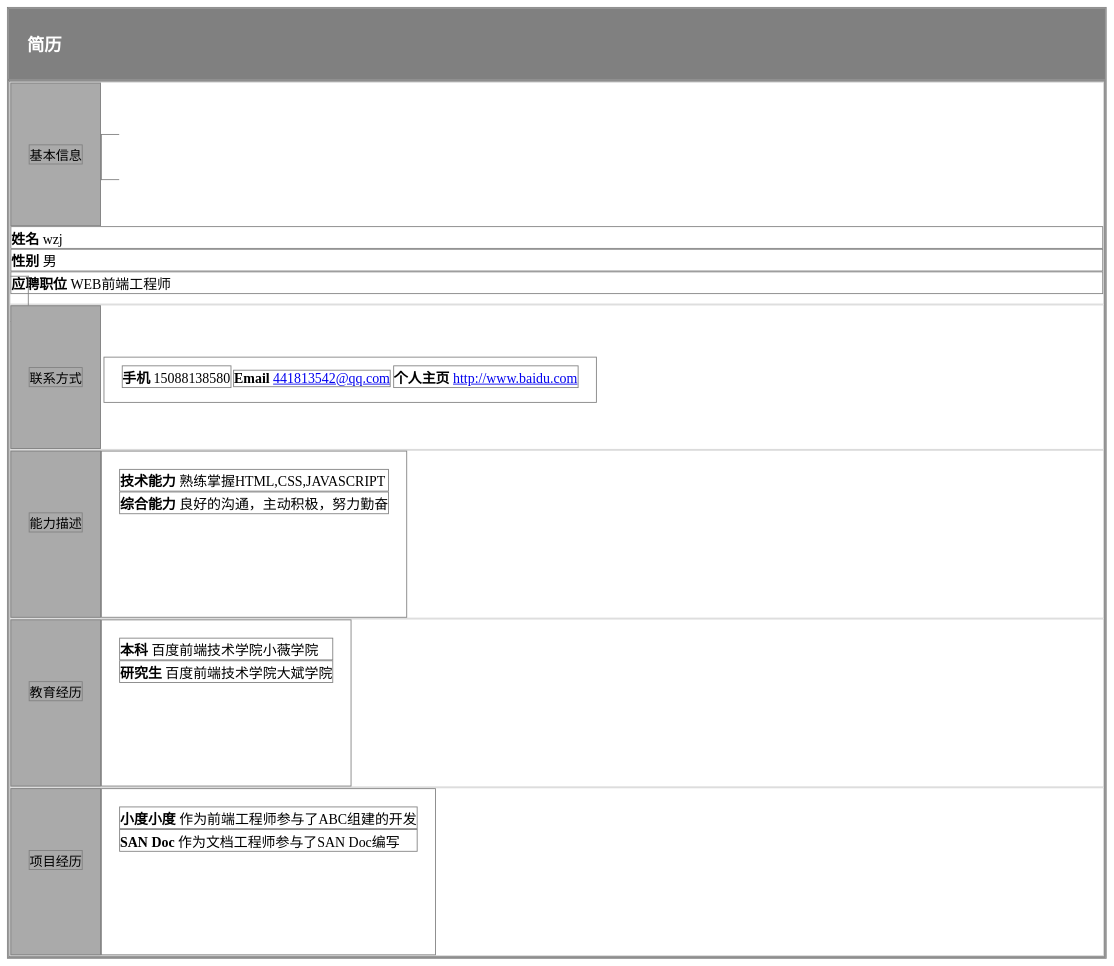
Repository: w441813542/webrecord
Page: day6_day7/jianli.html
The author's editor kept a copy of each file at every save. The page is drawn from the files as they stood at one save, then again after the next save.
The browser window is 1280 px wide. The pictures show the whole page, at 87% of full size.

Above is the page before, as saved 2021-03-09 15:23:25.

### day6_day7/jianli.html
<!DOCTYPE html>
<html>

<head>
  <!-- <link rel="stylesheet" type="text/css" href="style_1.css" /> -->
  <!-- <link rel="stylesheet" type="text/css" href="style_2.css" /> -->
  <link rel="stylesheet" type="text/css" href="style_3.css" />
</head>

<body>
  <div class="box">
    <div class="left">
      <div class="caption">简历</div>
    </div>
    <div class="right">
      <div>
        <!-- <tr>
          <th rowspan="15" class="caption" align="center" valign="top">简历</th>
        </tr> -->
        <div class="part">
          <div class="part_left">
            <div class="th">基本信息</div>
          </div>
          <div class="part_right">
            <div class="td msgtd block"><span>姓名</span> wzj</div>
            <div class="td msgtd block"><span>性别</span> 男</div>
            <div class="td msgtd block"><span>应聘职位</span> WEB前端工程师</div>
          </div>
        </div>
        <div class="part">
          <div class="part_left">
            <div class="th">联系方式</div>
          </div>
          <div class="part_right">
            <div class="td"><span>手机</span> 15088138580</div>
            <div class="td"><span>Email</span> <a href="mailto:441813542@qq.com">441813542@qq.com</a></div>
            <div class="td"><span>个人主页</span> <a href="http://www.baidu.com">http://www.baidu.com</a></div>
          </div>
        </div>
        <div class="part flex">
          <div class="part_left">
            <div class="th">能力描述</div>
          </div>
          <div class="part_right">
            <div class="td msgtd block"><span>技术能力</span> 熟练掌握HTML,CSS,JAVASCRIPT</div>
            <div class="td msgtd block"><span>综合能力</span> 良好的沟通，主动积极，努力勤奋</div>
          </div>
        </div>
        <div class="part flex">
          <div class="part_left">
            <div class="th">教育经历</div>
          </div>
          <div class="part_right">
            <div class="td msgtd block"><span>本科</span> 百度前端技术学院小薇学院</div>
            <div class="td msgtd block"><span>研究生</span> 百度前端技术学院大斌学院</div>
          </div>
        </div>
        <div class="part flex">
          <div class="part_left">
            <div class="th">项目经历</div>
          </div>
          <div class="part_right">
            <div class="td msgtd block"><span>小度小度</span> 作为前端工程师参与了ABC组建的开发</div>
            <div class="td msgtd block"><span>SAN Doc</span> 作为文档工程师参与了SAN Doc编写</div>
          </div>
        </div>
      </div>

    </div>
  </div>
</body>

</html>

### day6_day7/style_3.css
html {
    font-size: 10px;
  }

  div{
    border: 1px solid gray;
  }

  .td {
    font-size: 1.6em;
    display: inline-block;
  }

  .th {
    font-size: 1.5em;
    display: inline-block;
  }

  .caption {
    font-size: 2em;
    font-weight: bold;
    color: white;
    text-align: left;
    background: gray;
    padding-top: 25px;
    padding-left: 20px;
    padding-bottom: 25px;
  }

 .part{
   display: block;
   border: 1px solid lightgray;
 }

  .part_left{
    display: inline-block;
    padding-top: 70px;
    padding-bottom: 70px;
    padding-left: 20px;
    padding-right: 20px;
    background: #aaa;
  }

  .part_right{
    display: inline;
    height: 150px;
    padding: 20px;

  }

  span {
    font-weight: bold;
  }

  .box{
      display: block;
  }

  .flex{
    display: flex;
  }

  .block{
    display: block;
  }

After the next save:
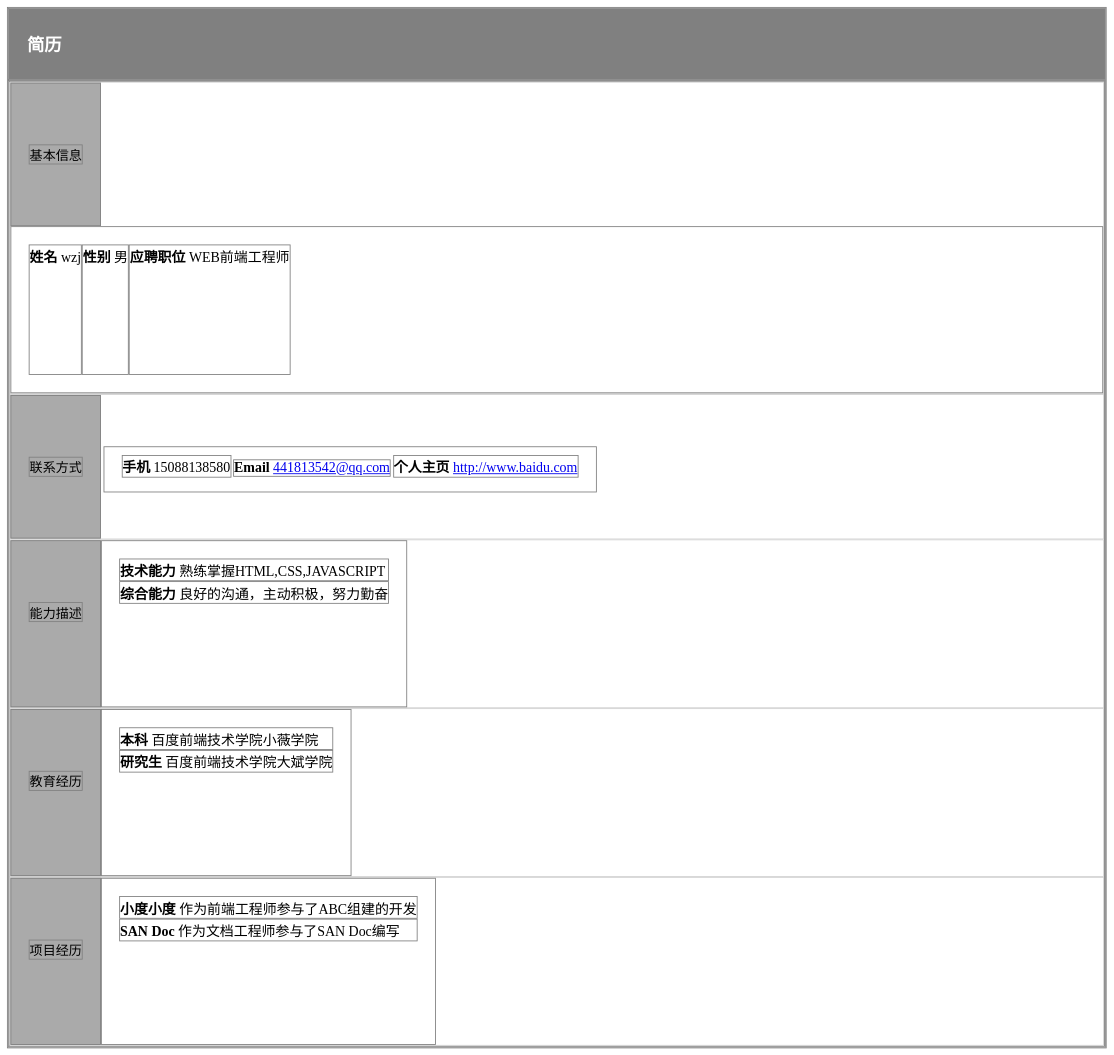
Saved 7 s later.
--- a/day6_day7/jianli.html
+++ b/day6_day7/jianli.html
@@ -21,10 +21,10 @@
           <div class="part_left">
             <div class="th">基本信息</div>
           </div>
-          <div class="part_right">
-            <div class="td msgtd block"><span>姓名</span> wzj</div>
-            <div class="td msgtd block"><span>性别</span> 男</div>
-            <div class="td msgtd block"><span>应聘职位</span> WEB前端工程师</div>
+          <div class="part_right flex">
+            <div class="td"><span>姓名</span> wzj</div>
+            <div class="td"><span>性别</span> 男</div>
+            <div class="td"><span>应聘职位</span> WEB前端工程师</div>
           </div>
         </div>
         <div class="part">
